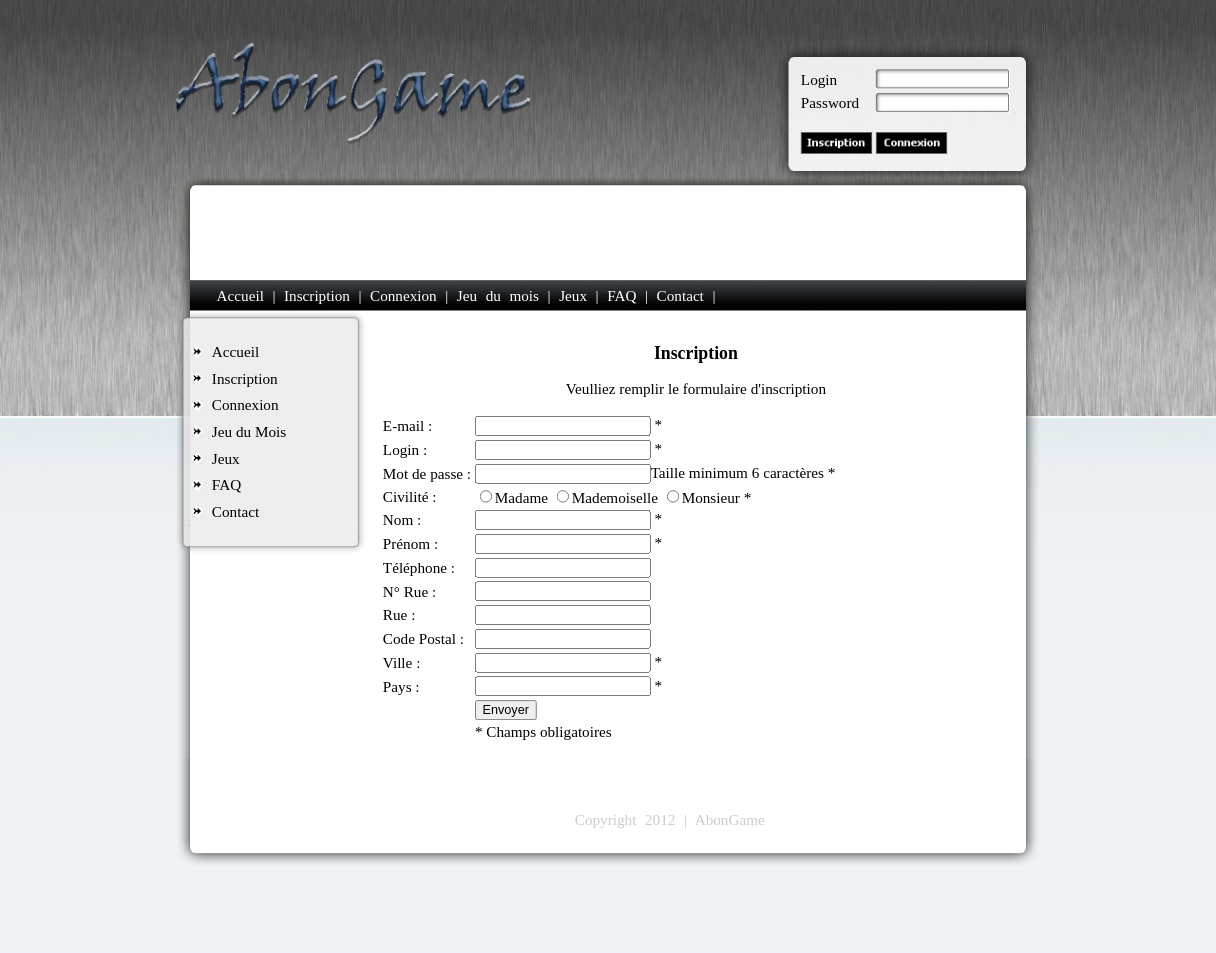
Repository: Basile001/IN56
Page: http://localhost/IN56/inscription.jsp
An editor plug-in stored every save of this project. The page is shown before and after the next save, followed by the edit.
The browser window is 1280 px wide. The pictures show the whole page, at 95% of full size.
The page is served by Tomcat 9. Nobody is signed in. The application's start-up code is not run.

Above is the page before, as saved 2012-05-28 14:07:23.

After the next save:
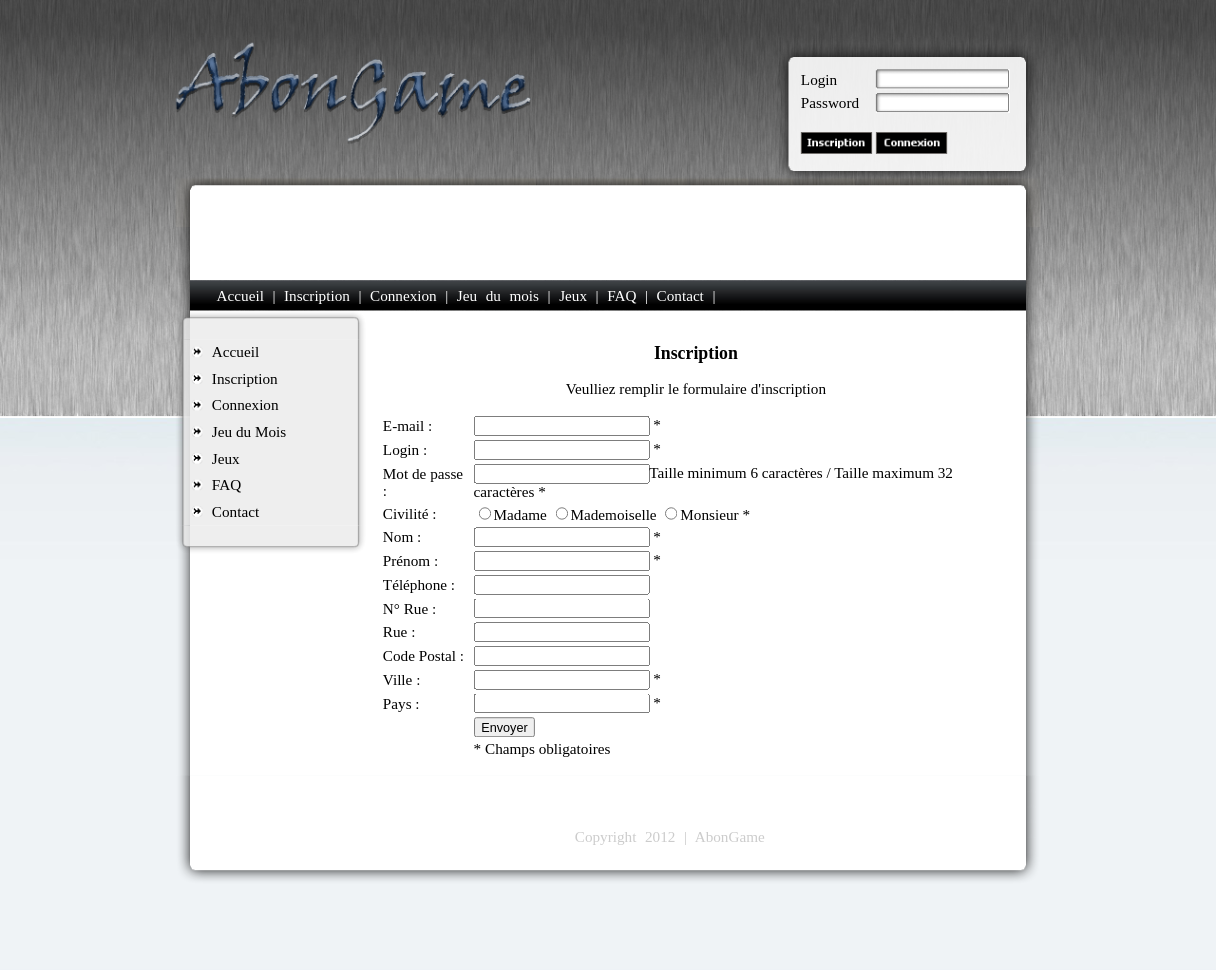
Saved 2 min 33 s later.
--- a/IN56/WebContent/inscription.jsp
+++ b/IN56/WebContent/inscription.jsp
@@ -114,7 +114,7 @@
 						</tr>
 						<tr>
 							<td>Mot de passe :</td>
-							<td><input type="password" name="motdepasse" />Taille minimum 6 caractères *</td>
+							<td><input type="password" name="motdepasse" />Taille minimum 6 caractères / Taille maximum 32 caractères *</td>
 						</tr>
 						<tr>
 							<td>Civilité :</td>
